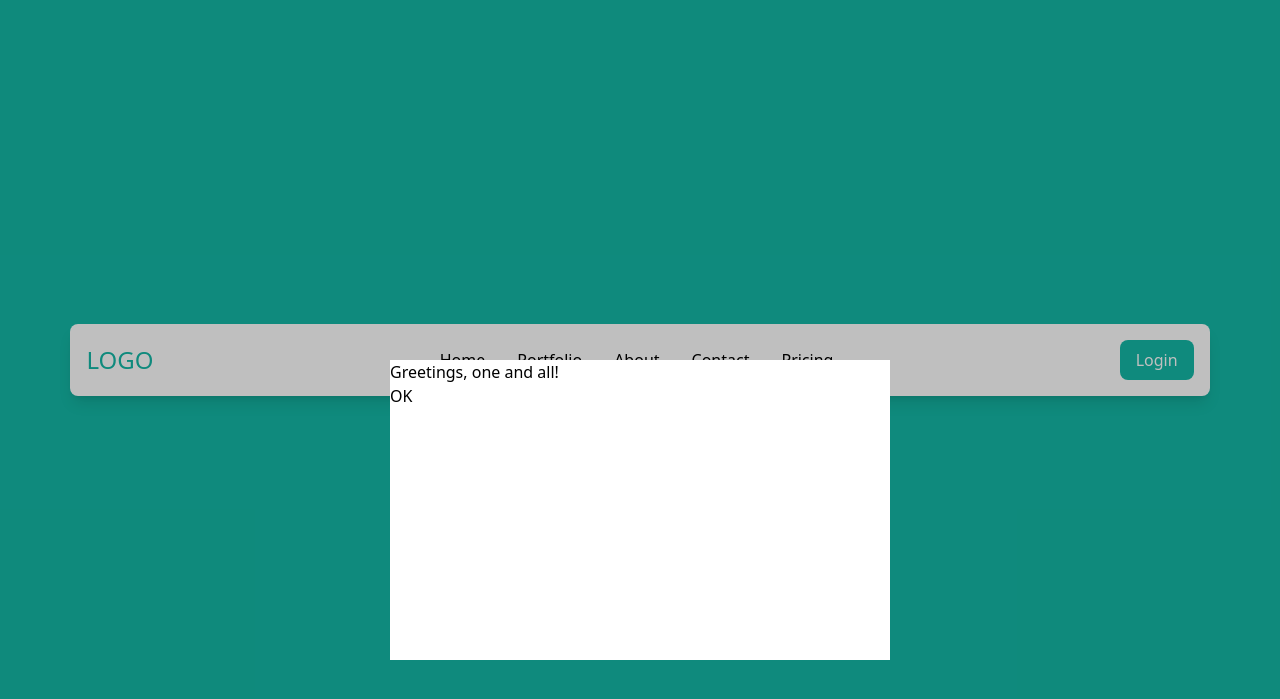
Repository: DevAntonioRogers/react-modal-with-dialog
Page: /, after clicking the first element matching `button.px-4`
These files come from the project's save history. The page is drawn as it stood at one moment and after the next save; the edit follows.
The browser window is 1280 px wide. The pictures show the whole page.
The project was rebuilt for these pictures with package versions that can differ from the ones it lists, and the page was loaded fresh each time. Also part of the build but not shown: vite.config.ts.

Above is the page before, as saved 2023-05-10 09:20:09.

After the next save:
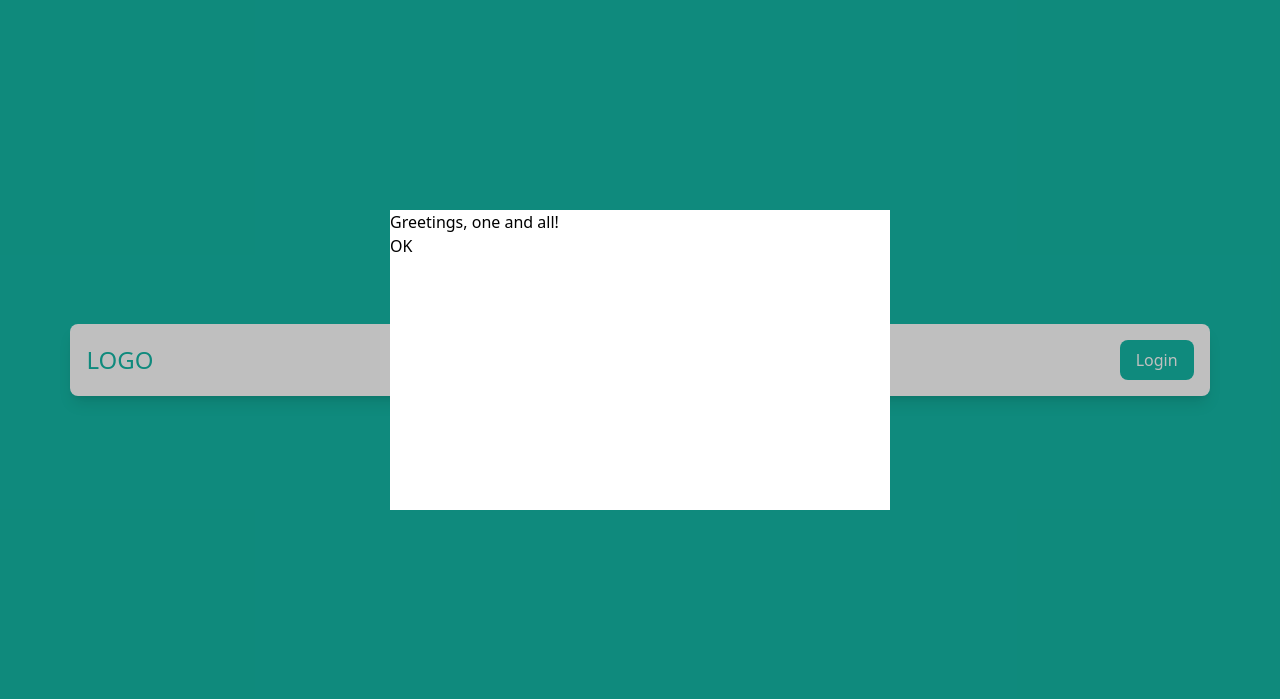
Saved 19 s later.
--- a/src/App.tsx
+++ b/src/App.tsx
@@ -41,14 +41,12 @@ function App() {
             onClick={() => setShowModal(false)}
             className="absolute w-screen h-screen bg-black/25 flex justify-center items-center"
           >
-            <div onClick={(e) => e.stopPropagation()}>
-              <dialog open className="w-[500px] h-[300px]">
-                <p>Greetings, one and all!</p>
-                <form method="dialog">
-                  <button>OK</button>
-                </form>
-              </dialog>
-            </div>
+            <dialog onClick={(e) => e.stopPropagation()} open className="w-[500px] h-[300px]">
+              <p>Greetings, one and all!</p>
+              <form method="dialog">
+                <button>OK</button>
+              </form>
+            </dialog>
           </div>
         )}
       </div>
